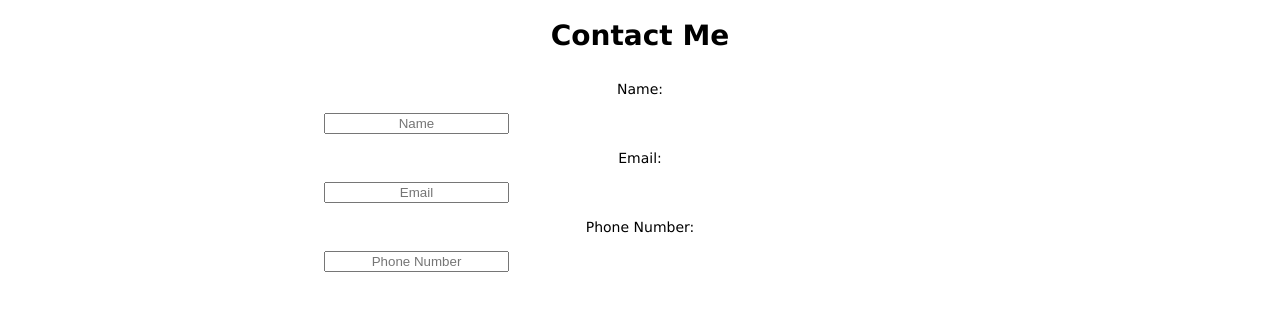
Repository: JanakanS95/COMP-229-Assignment-1
Page: http://localhost/contact
The author's editor kept a copy of each file at every save. The page is drawn from the files as they stood at one save, then again after the next save.
The browser window is 1280 px wide. The pictures show the whole page.
The page is served by the project's Node server (app.js).

Above is the page before, as saved 2021-06-04 05:08:09.

After the next save:
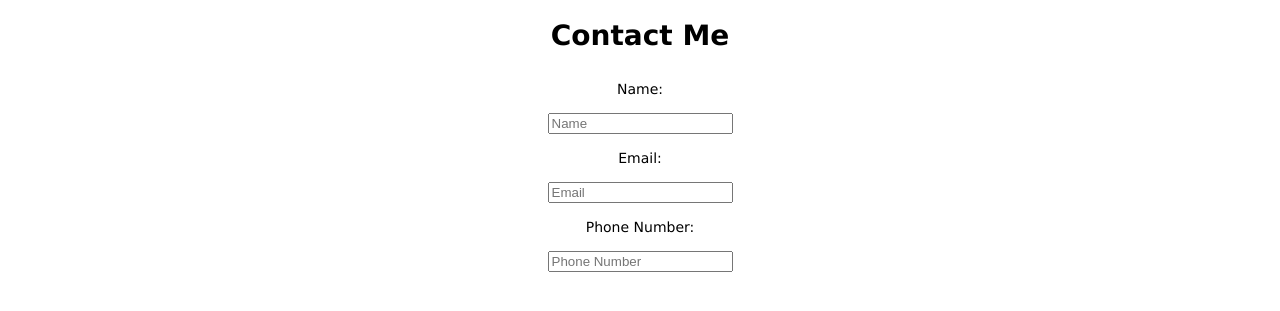
Saved 99 s later.
--- a/public/Content/contact.css
+++ b/public/Content/contact.css
@@ -19,5 +19,5 @@ body {
 
   .container input{
       display : block;
-      text-align: center;
+      margin: auto;
   }
